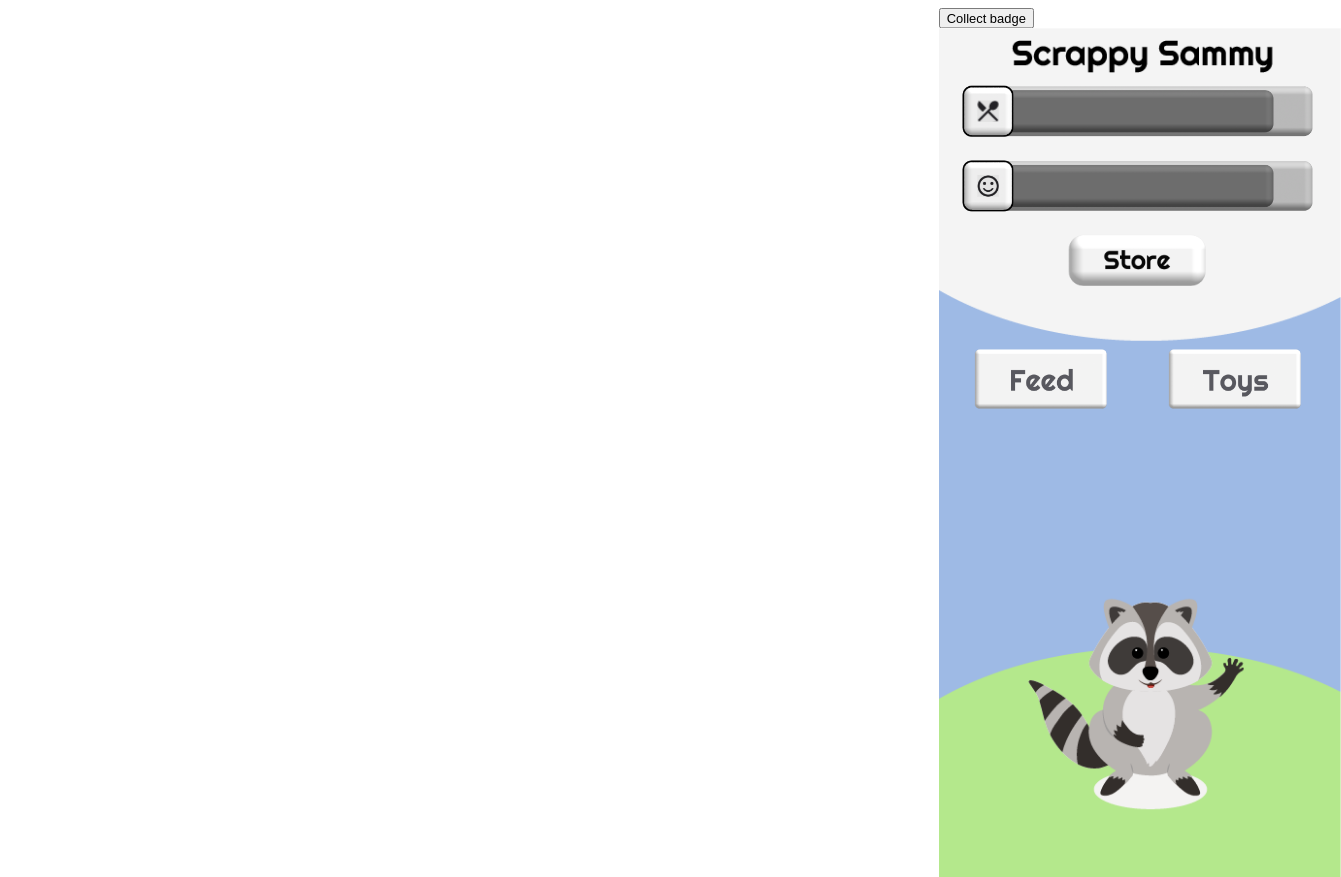
Repository: alemunden/Trash-Scavengers
Page: /Scrappy
These files come from the project's save history. The page is drawn as it stood at one moment and after the next save; the edit follows.
The browser window is 1280 px wide. The page is 1382 px wide, so the pictures cover 1382 px, including what lies to the right of the window. The pictures show the whole page, at 97% of full size.
The project was rebuilt for these pictures with package versions that can differ from the ones it lists, and the page was loaded fresh each time. The framework's server and built-in components were replaced by stand-ins that run in the browser. Also part of the build but not shown: next.config.mjs, components/NavBar/NavBar.module.css, components/NavBar/index.js.

Above is the page before, as saved 2024-04-29 17:41:43.

### pages/Scrappy.js
import NavBar from "@/components/NavBar"
import styles from '@/styles/Scrappy.module.css'
import Image from "next/image"
import Link from "next/link"

export default function Scrappy() {

    return(
        <>
            <div className={styles.main}>
                <button
                    onClick={() => calculateScore()}
                >Collect badge</button>
                <div className={styles.statusBars}>
                    <Image src={'/foodbar.png'} height={52.86} width={360.57}/>
                    <Image src={'/happinessbar.png'} height={52.86} width={360.57}/>
                </div>
                <div className={styles.storeButton}>
                    <Link href={'/ScrappyStore'}>
                        <Image src={'/storebutton.png'} width={153.6} height={73.1} />
                    </Link>
                </div>
                <div className={styles.buttons}>
                    <Image src={'/feedbutton.png'} width={136.35} height={60.75}/>
                    <Image src={'/toysbutton.png'} width={136.35} height={60.75}/>
                </div>
                <Image src={'/scrappybackground.png'} width={414} height={896}/>
            </div>
        </>
    )
}

### styles/globals.css
:root {
    --white: #FFFFFF;
    --black: #000;
    --light-green: #B4E88C;
    --light-blue: #9EBAE5;
    --light-gray: #c5c5c5;
    --light-yellow: #F3CD70;
    --light-pink: #F3D9D9;
    --medium-green: #429600;
    --gold: #ED9F26;

}

html, body {
    overflow-x: hidden;
    background-color: var(--white);
    height: 896px;
    width: 414px;
    position: absolute;
    left: 30rem;
  }

main {
    padding: 1rem;
  }

li {
    list-style-type: none;
    cursor: pointer;
    margin: 1rem;
    width: 100%;
    padding: 0.5rem;
    color: #000105;
    background-color: var(--light-blue);
    border-radius: 1rem;
    border-bottom: 6px solid #7893bb;
    font-family: "Righteous", sans-serif;
    text-align: center;
    font-size: 1.5rem;
  }

.liHover:hover {
    background-color: #7893bb;
    columns: #fff;
}

.liSelected {
    color: #fff;
    background-color: #000925;
}

.homePageCard {
  margin-left: -5%;
  margin-top: 48%;
}

.searchBar {
  margin-left: -5%;
  margin-bottom: -48%;
}

.logInAndSettings {
  margin-left: 63%;
  margin-right: -5%;
  margin-top: 8%;
}

.dateIndex {
  font-family: 'Righteous';
  margin-bottom: -18%;
  margin-top: 8%;
}

.searchBarInfo {
  margin-left: -5%;
  margin-top: -0.1%;
}

.logInSettingsInfo {
  margin-left: 63%;
  margin-right: -5%;
  padding-left: 19px;
  padding-bottom: -10px;
  margin-top: 8%;
}

.infoCard {
  margin-left: -5%;
}

.logInSettingsDepots {
  margin-left: 64%;
  margin-right: -5%;
  padding-left: 9px;
  margin-top: 8%;
}

.searchBarDepots {
  margin-left: -5%;
}

.depotsCard {
  margin-left: -5%;
}

.logInSettingsYourDepots {
  margin-left: 50%;
  margin-right: -5%;
  padding-left: 65px;
  margin-top: 8%;
}

.searchBarYourDepots {
  margin-left: -5%;
}

.yourDepotsCard {
  margin-left: -5%;
}

### styles/Scrappy.module.css
.buttons {
    display: flex;
    gap: 4rem;
    position: absolute;
    top: 22rem;
    left: 2.3rem;
}

.statusBars {
    display: flex;
    flex-direction: column;
    gap: 1.5rem;
    position: absolute;
    top: 5rem;
    left: 1.5rem;
}

.storeButton {
    position: absolute;
    top: 14rem;
    left: 8rem;
}

Loaded but not shown: pages/_app.js (common file); pages/_document.js (common file)

After the next save:
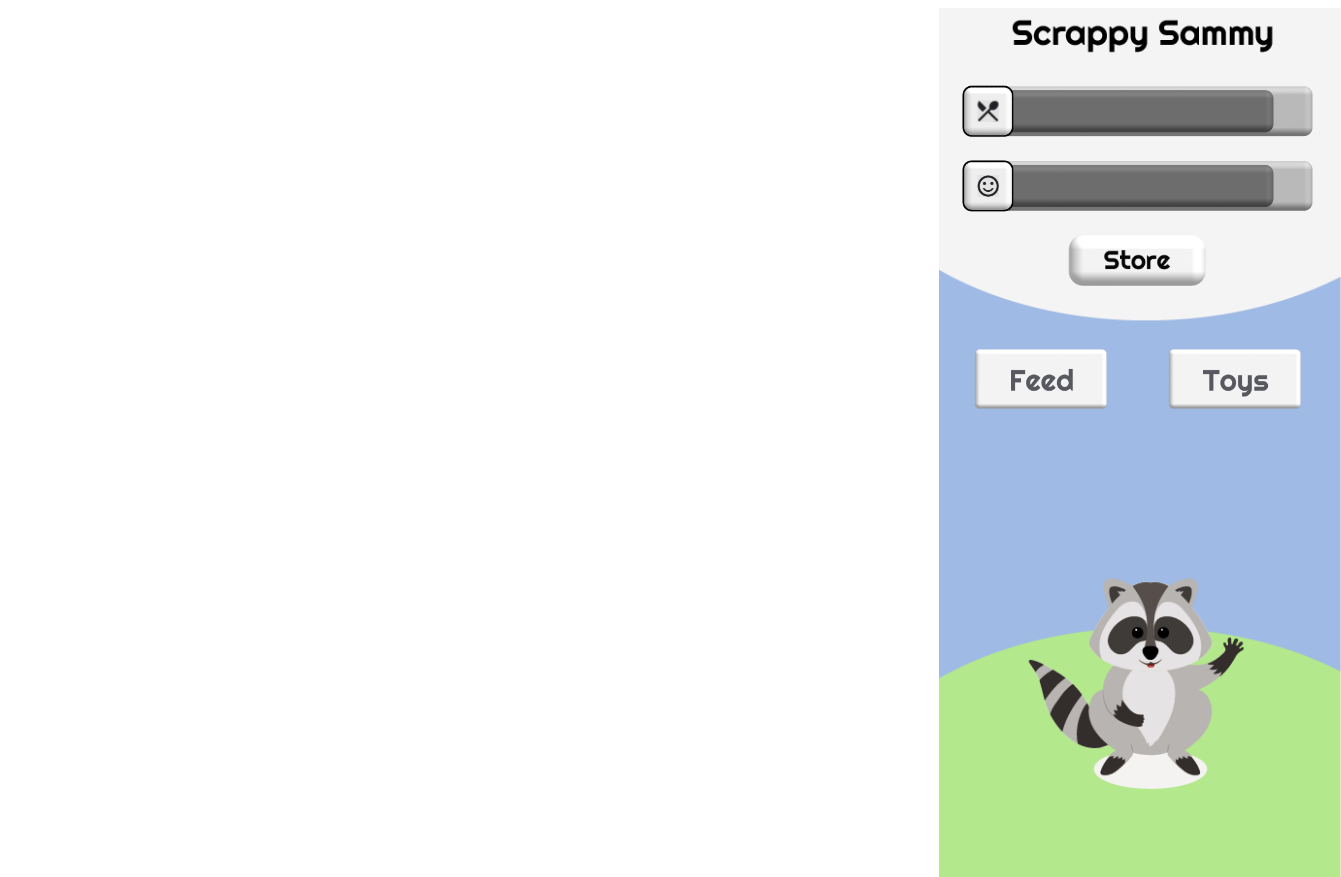
Saved 10 s later.
--- a/pages/Scrappy.js
+++ b/pages/Scrappy.js
@@ -8,9 +8,6 @@ export default function Scrappy() {
     return(
         <>
             <div className={styles.main}>
-                <button
-                    onClick={() => calculateScore()}
-                >Collect badge</button>
                 <div className={styles.statusBars}>
                     <Image src={'/foodbar.png'} height={52.86} width={360.57}/>
                     <Image src={'/happinessbar.png'} height={52.86} width={360.57}/>
